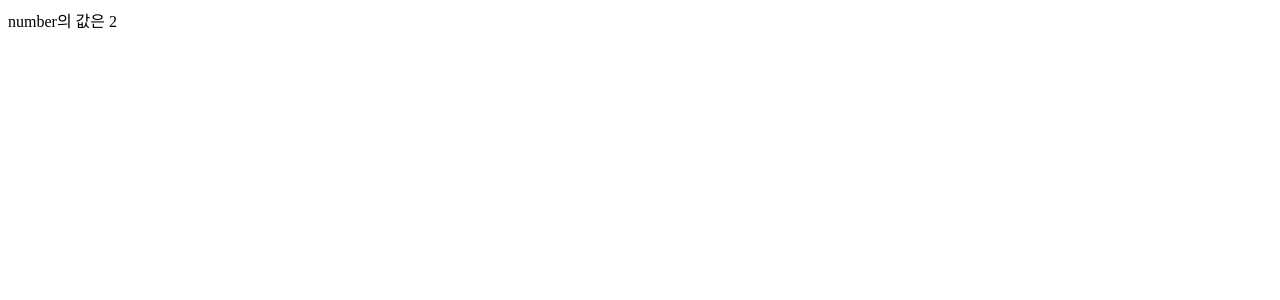
Repository: Rysdne/01_Java
Page: http://localhost/membermvc2_test/jstltest/choose.jsp
An editor plug-in stored every save of this project. The page is shown before and after the next save, followed by the edit.
The browser window is 1280 px wide. The pictures show the whole page.
The page is served by Tomcat 9. Other server files are loaded and not shown.

Above is the page before, as saved 2022-07-15 01:44:56.
Console error: ReferenceError: robot is not defined

### membermvc2_test/src/main/webapp/jstltest/choose.jsp
<%@ page language="java" contentType="text/html; charset=UTF-8"
    pageEncoding="UTF-8"%>
<%@ taglib prefix="c" uri="http://java.sun.com/jsp/jstl/core"%>


<c:set var="num" value="2"/>

<c:choose>
<c:when test="${num==1}">
number의 값은 1<br>
</c:when>
<c:when test="${num==2}">
number의 값은 2<br>
</c:when>
<c:otherwise>
number값을 찾을 수 없습니다<br>
</c:otherwise>
</c:choose>


<c:set var="id" value="robot"/>

<c:choose>
<c:when test="${id=='admin'}">
<script>
alert('관리자 페이지로 이동합니다');
</script>
</c:when>
<c:otherwise>
<script>
alert(${id});
</script>
</c:otherwise>
</c:choose>

After the next save:
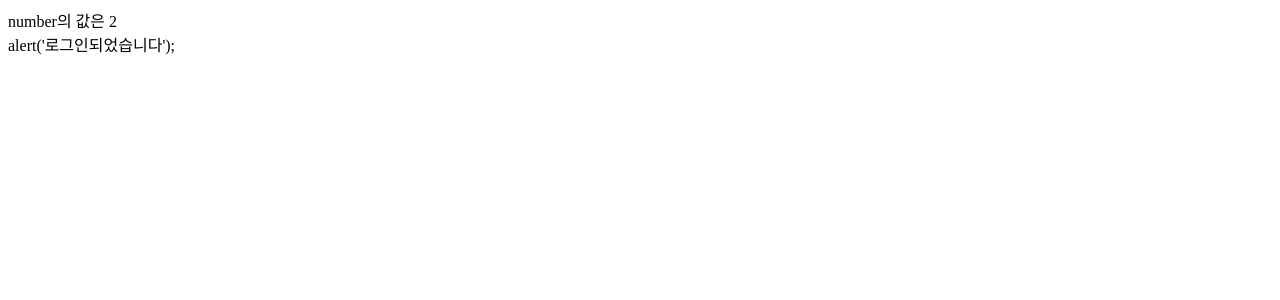
The error is gone.
Saved 33 s later.
--- a/membermvc2_test/src/main/webapp/jstltest/choose.jsp
+++ b/membermvc2_test/src/main/webapp/jstltest/choose.jsp
@@ -27,8 +27,6 @@ alert('관리자 페이지로 이동합니다');
 </script>
 </c:when>
 <c:otherwise>
-<script>
-alert(${id});
-</script>
+alert('로그인되었습니다');
 </c:otherwise>
 </c:choose>
